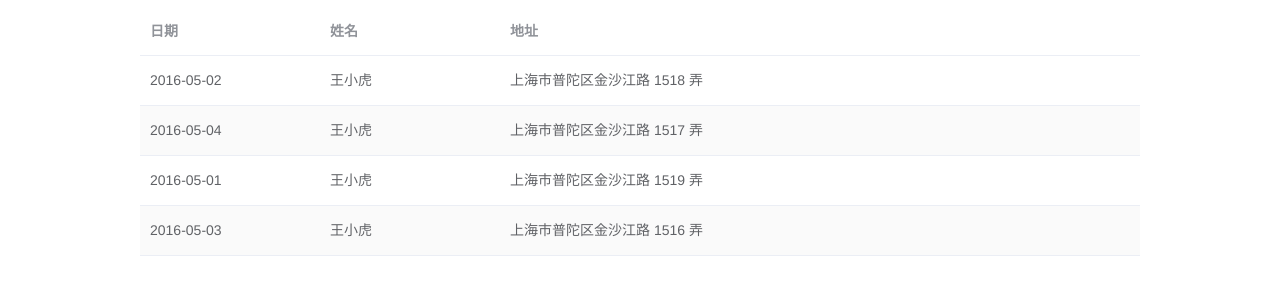
Repository: chang-meng-yun/vue_project
Page: /#/about
The author's editor kept a copy of each file at every save. The page is drawn from the files as they stood at one save, then again after the next save.
The browser window is 1280 px wide. The pictures show the whole page.
The project was rebuilt for these pictures with package versions that can differ from the ones it lists, and the page was loaded fresh each time. Also part of the build but not shown: vue.config.js, src/VBindStudy.vue, src/components/HelloWorld.vue, src/views/HomeView.vue, src/views/AboutView.vue.

Above is the page before, as saved 2024-06-27 11:04:05.

### public/index.html
<!DOCTYPE html>
<html lang="">
  <head>
    <meta charset="utf-8">
    <meta http-equiv="X-UA-Compatible" content="IE=edge">
    <meta name="viewport" content="width=device-width,initial-scale=1.0">
    <link rel="icon" href="<%= BASE_URL %>favicon.ico">
    <!-- <title><%= htmlWebpackPlugin.options.title %></title> -->
     <title>我是首页</title>
  </head>
  <body>
    <noscript>
      <strong>We're sorry but <%= htmlWebpackPlugin.options.title %> doesn't work properly without JavaScript enabled. Please enable it to continue.</strong>
    </noscript>
    <!-- 显示内容的地方 -->
    <div id="app"></div>
    <!-- built files will be auto injected -->
  </body>
</html>

### src/main.js
import Vue from 'vue'
import App from './App.vue'
import ElementUI from 'element-ui';
import 'element-ui/lib/theme-chalk/index.css';
import router from './router'

Vue.use(ElementUI);

Vue.config.productionTip = false
new Vue({
  router,
  render: h => h(App)
}).$mount('#app')

### src/App.vue
<template>
  <div id="app">
    <!-- <Hello></Hello> -->
    <!-- <VBindStudy></VBindStudy> -->
     <!-- <HomeWork></HomeWork> -->
      <!-- <reHome></reHome> -->
       <!-- <Model></Model> -->
        <FromFrame></FromFrame>
  </div>
</template>
<script>
  // 导入组件
  import Hello from '@/Hello.vue'
  import VBindStudy from '@/VBindStudy'
  import HomeWork from '@/HomeWork'
    import reHome from './views/reHome.vue'
  import FromFrame from '@/FromFrame.vue'
     // import Model from './views/Model.vue'
  export default{
    components:{
        Hello,
        VBindStudy,
        HomeWork,
        FromFrame
        // Model
    },
    data(){
      return{
        mark:true,
        name:"张三",
        mywidth:"350px",
        myImage:require("./assets/花.jpg")
      }
    },
    methods:{
     controller_div(){
        this.mark=!this.mark
        console.log(this.mark)
      },
      changeSize(){
        this.mywidth="500px"
      },
      changeImage(){
        console.log("pakaqiu")
        this.myImage=require("./assets/小樱花.webp")
      }
     }
    }
</script>
<style>
.box{
    width: 200px;
    height: 200px;
    background-color: red;
}
#app {
  font-family: Avenir, Helvetica, Arial, sans-serif;
  -webkit-font-smoothing: antialiased;
  -moz-osx-font-smoothing: grayscale;
  text-align: center;
  color: #2c3e50;
}

nav {
  padding: 30px;
}

nav a {
  font-weight: bold;
  color: #2c3e50;
}

nav a.router-link-exact-active {
  color: #42b983;
}
</style>

### src/Hello.vue
<template>
  <div>
        <!-- <nav>
      <router-link to="/">Home</router-link> |
      <router-link to="/about">About</router-link>
    </nav> -->
    <!-- <el-row>
      <el-button>默认按钮</el-button>
      <el-button type="primary">主要按钮</el-button>
      <el-button type="success">成功按钮</el-button>
      <el-button type="info">信息按钮</el-button>
      <el-button type="warning">警告按钮</el-button>
      <el-button type="danger">危险按钮</el-button>
    </el-row> -->

    <!-- <input  type="text" v-model="username"> -->
     <!-- <div  v-if="mark" class="box">
      div1-if标签
     </div> -->
     <!-- <el-button type="primary" v-on:click="controller_div()">控制div</el-button> -->
     <!-- <div  v-show ="mark" class="box"> -->
      <!-- div2-show标签 -->
     <!-- </div> -->
    <!-- <div>
      {{username}}
    </div> -->
    <!-- <router-view/> -->
     <!-- <hr> -->

     <el-row>
        <el-col :span="12">
          <div class="grid-content bg-purple">
         <img src="./assets/小雏菊.webp" v-bind:width="mywidth" />
         <br>
         <el-button type="primary" @click="changeSize()">改变大小</el-button>
        </div>
      </el-col>

        <el-col :span="12">
          <div class="grid-content bg-purple-light">
            <img v-bind:src="myImage" width="350px" />
            <br>
            <el-button type="primary" @click="changeImage()">改变图片</el-button>
        </div>
      </el-col>
      </el-row>

  </div>
</template>
<script>
     export default{
    // components:{
    //     Hello,
    //     VBindStudy
    // },
    data(){
      return{
        mark:true,
        name:"张三",
        mywidth:"350px",
        myImage:require("./assets/花.jpg")
      }
    },
    methods:{
     controller_div(){
        this.mark=!this.mark
        console.log(this.mark)
      },
      changeSize(){
        this.mywidth="500px"
      },
      changeImage(){
        console.log("pakaqiu")
        this.myImage=require("./assets/小樱花.webp")
      }
     },
     components:{

     }
    }
  </script>
  <style>
  .box{
      width: 200px;
      height: 200px;
      background-color: red;
  }
  #app {
    font-family: Avenir, Helvetica, Arial, sans-serif;
    -webkit-font-smoothing: antialiased;
    -moz-osx-font-smoothing: grayscale;
    text-align: center;
    color: #2c3e50;
  }

  nav {
    padding: 30px;
  }

  nav a {
    font-weight: bold;
    color: #2c3e50;
  }

  /* nav a.router-link-exact-active {
    color: #42b983;
  } */
  </style>

### src/HomeWork.vue
<template>
    <div id="all">

        <h3>请选择你喜欢的语言</h3>
        <table border="1" cellspacing="0" style="margin: 0 auto;" >
            <tr>
                <td v-for="(obj,index) in subject "
                :key="index"
                v-bind:class="{'bg':obj.mark}"
                @click="changeColor(obj,index)">{{obj.name}}</td>
            </tr>
        </table>

        <p style="text-align: center;">我最喜欢的编程语言是{{pro_name}}</p>
        <el-input v-model="inputName" placeholder="请输入你喜欢的书" style="width: 300px;"></el-input>
        <el-button type="primary" @click="addBook()">添加你喜欢的书本</el-button>
        <!-- <el-button type="primary" v-if="">隐藏</el-button> -->
       <!-- {{message}} -->


    </div>
</template>
<script>
    export default{
        data(){
        return{
            pro_name:"Java",
            inputName:"",
            subject:[
            {id:"1",name:"Java",mark:true},
            {id:"2",name:"C",mark:false},
            {id:"3",name:"C++",mark:false},
            {id:"4",name:"Python",mark:false},
            ],
        }
        },
        methods:{
            addBook(){
                console.log(this.inputName)
                this.subject.push({"name":this.inputName,"mark":false})
            },
            changeColor(obj,index){
                console.log(obj,index)
                this.pro_name = obj.name;
                for(var i=0;i<this.subject.length;i++){
                    this.subject[i].mark=false;
                }
                this.subject[index].mark=true;
                this.pro_name=this.subject[index].name;
            }
        },
        components:{

        }
    }

</script>
<style>
 tr td{
        width: 200px;
        height: 50px;
        /* background-color: rgb(130, 236, 176); */
    }
    .bg{
        /* background-color: rgb(218, 103, 80); */
    }
</style>

### src/views/reHome.vue
<template>
    <div>
       <h3>请选择你喜欢的语言</h3>
       <table cellspacing="0" border="1" style="margin: 0 auto;">
        <tr>
            <td v-for="(obj,index) in subjects"
            :key="index"
            v_bind :class="{'bg1':obj.mark}"
            @click="changeColor(obj,index)">
            {{obj.name}}
            </td>
        </tr>
       </table>
       <p>我最喜欢的语言是{{proname}}</p>
    </div>
</template>
<script>
  export default{
    data(){
        return{
          proname:"java",
          subjects:[
            {name:"Java",mark:true},
            {name:"C",mark:false},
            {name:"C++",mark:false},
            {name:"Python",mark:false},
          ]
        }
    },
    methods:{
        changeColor(obj,index){
            console.log(obj,index)
            this.proname=obj.name
            for(var i = 0;i<this.subjects.length;i++){
                this.subjects[i].mark=false;
            }
            obj.mark=true;
        }
    },
    components:{

    },
  }
</script>
<style>
 tr td{
        width: 200px;
        height: 50px;
        /* background-color: rgb(130, 236, 176); */
    }
    .bg1{
        /* background-color: rgb(218, 103, 80); */
    }
</style>

### src/FromFrame.vue
<template>
    <div style="width: 1000px;margin: 0 auto;">
        <el-table
        :data="tableData"
        stripe
        style="width: 100%">
        <el-table-column
          prop="date"
          label="日期"
          width="180">
        </el-table-column>
        <el-table-column
          prop="name"
          label="姓名"
          width="180">
        </el-table-column>
        <el-table-column
          prop="address"
          label="地址">
        </el-table-column>
      </el-table>
    </div>
</template>
<script>
     export default{
        data(){
            return{
          tableData: [{
          date: '2016-05-02',
          name: '王小虎',
          address: '上海市普陀区金沙江路 1518 弄'
        }, {
          date: '2016-05-04',
          name: '王小虎',
          address: '上海市普陀区金沙江路 1517 弄'
        }, {
          date: '2016-05-01',
          name: '王小虎',
          address: '上海市普陀区金沙江路 1519 弄'
        }, {
          date: '2016-05-03',
          name: '王小虎',
          address: '上海市普陀区金沙江路 1516 弄'
        }]
            }
        },
        methods: {

        },
        components:{

        }
     }
</script>
<style>

</style>

Loaded but not shown: src/router/index.js (common file)

After the next save:
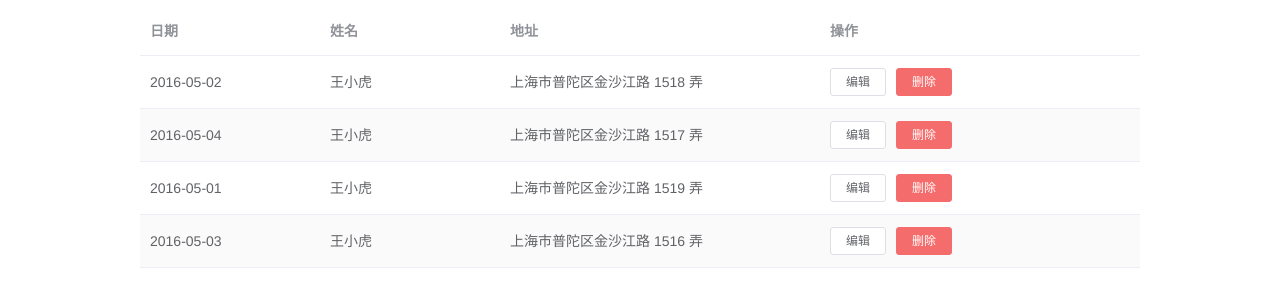
Saved 89 s later.
--- a/src/FromFrame.vue
+++ b/src/FromFrame.vue
@@ -18,6 +18,17 @@
           prop="address"
           label="地址">
         </el-table-column>
+        <el-table-column label="操作">
+            <template slot-scope="scope">
+              <el-button
+                size="mini"
+                @click="handleEdit(scope.$index, scope.row)">编辑</el-button>
+              <el-button
+                size="mini"
+                type="danger"
+                @click="handleDelete(scope.$index, scope.row)">删除</el-button>
+            </template>
+          </el-table-column>
       </el-table>
     </div>
 </template>
